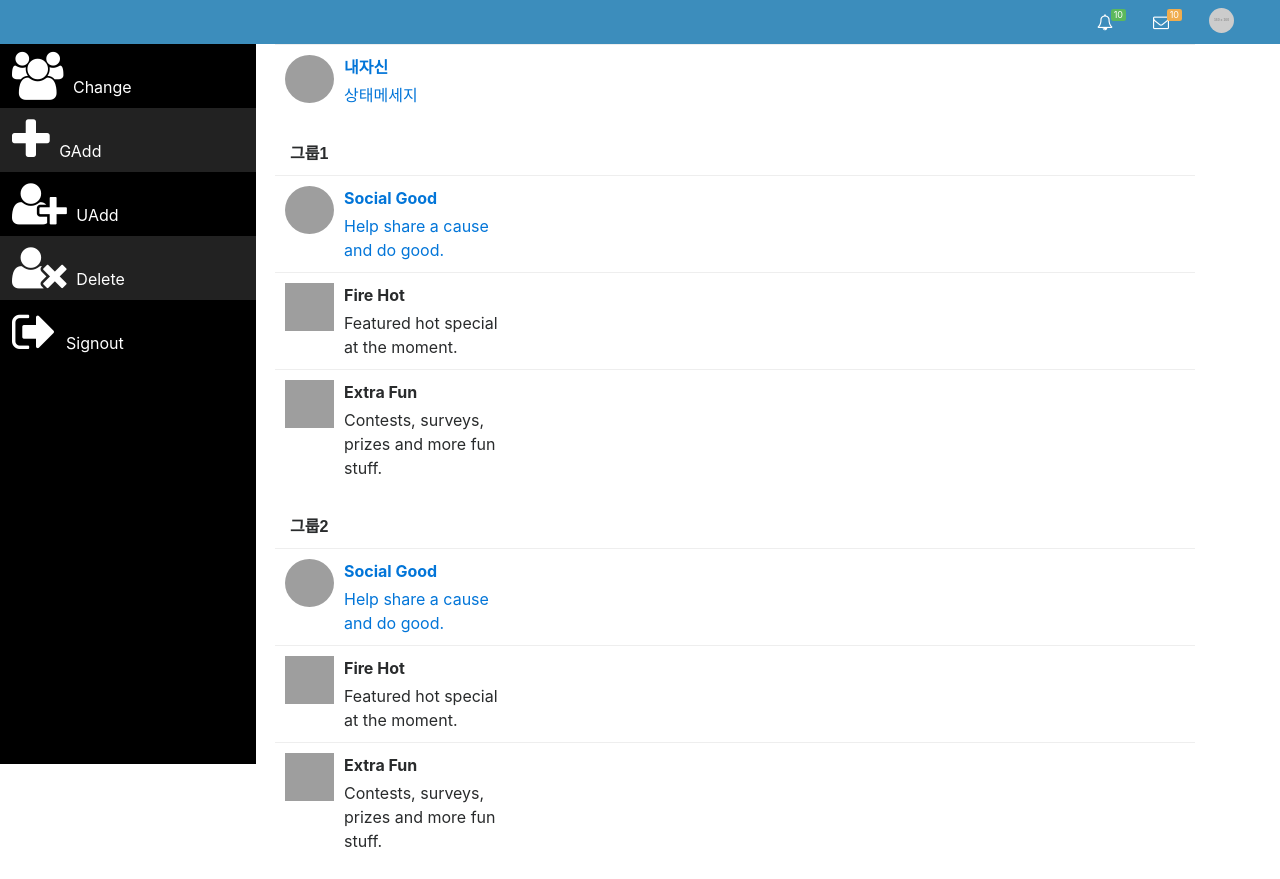
Repository: lukawitch/graduatedchat
Page: http://localhost/Graduated/WEB-INF/views/personal.jsp
The author's editor kept a copy of each file at every save. The page is drawn from the files as they stood at one save, then again after the next save.
The browser window is 1280 px wide. The pictures show the whole page.
Pictures or frames that could not be fetched are drawn as grey boxes. The page is served by Tomcat 9. Nobody is signed in. The template is opened directly, without the code that normally fills it, so the values that code supplies are empty.

Above is the page before, as saved 2019-05-23 03:54:58.

After the next save:
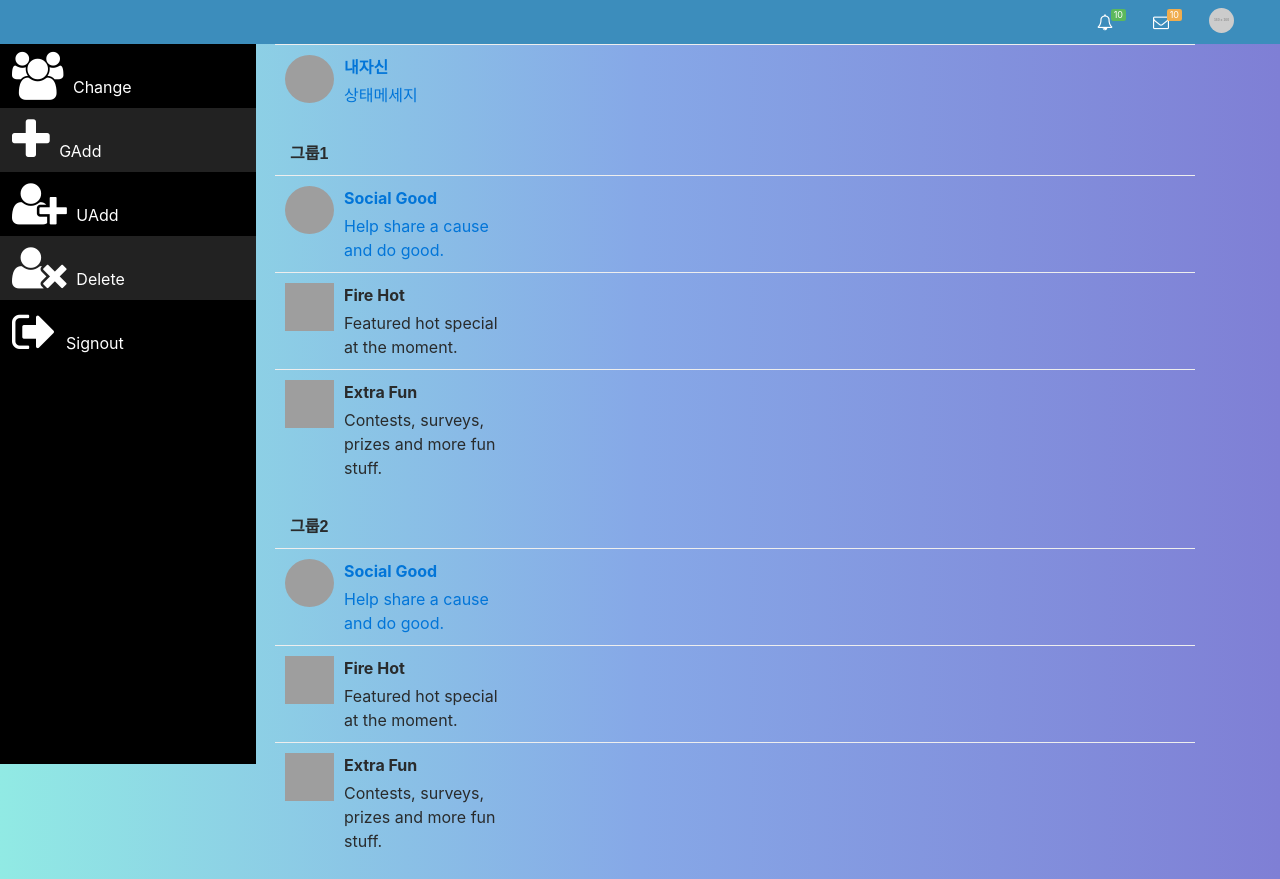
Saved 65 s later.
--- a/Graduated/src/main/webapp/WEB-INF/views/personal.jsp
+++ b/Graduated/src/main/webapp/WEB-INF/views/personal.jsp
@@ -10,6 +10,13 @@
     <!-- Bootstrap CSS -->
     <link rel="stylesheet" href="https://stackpath.bootstrapcdn.com/bootstrap/4.3.1/css/bootstrap.min.css" integrity="sha384-ggOyR0iXCbMQv3Xipma34MD+dH/1fQ784/j6cY/iJTQUOhcWr7x9JvoRxT2MZw1T" crossorigin="anonymous">
 	<style>
+	  body,html{
+			height: 100%;
+			margin: 0;
+			background: #7F7FD5;
+	       background: -webkit-linear-gradient(to right, #91EAE4, #86A8E7, #7F7FD5);
+	        background: linear-gradient(to right, #91EAE4, #86A8E7, #7F7FD5);
+		}
 .addon li {
 padding: 10px;
 border-top: 1px solid #eee;
